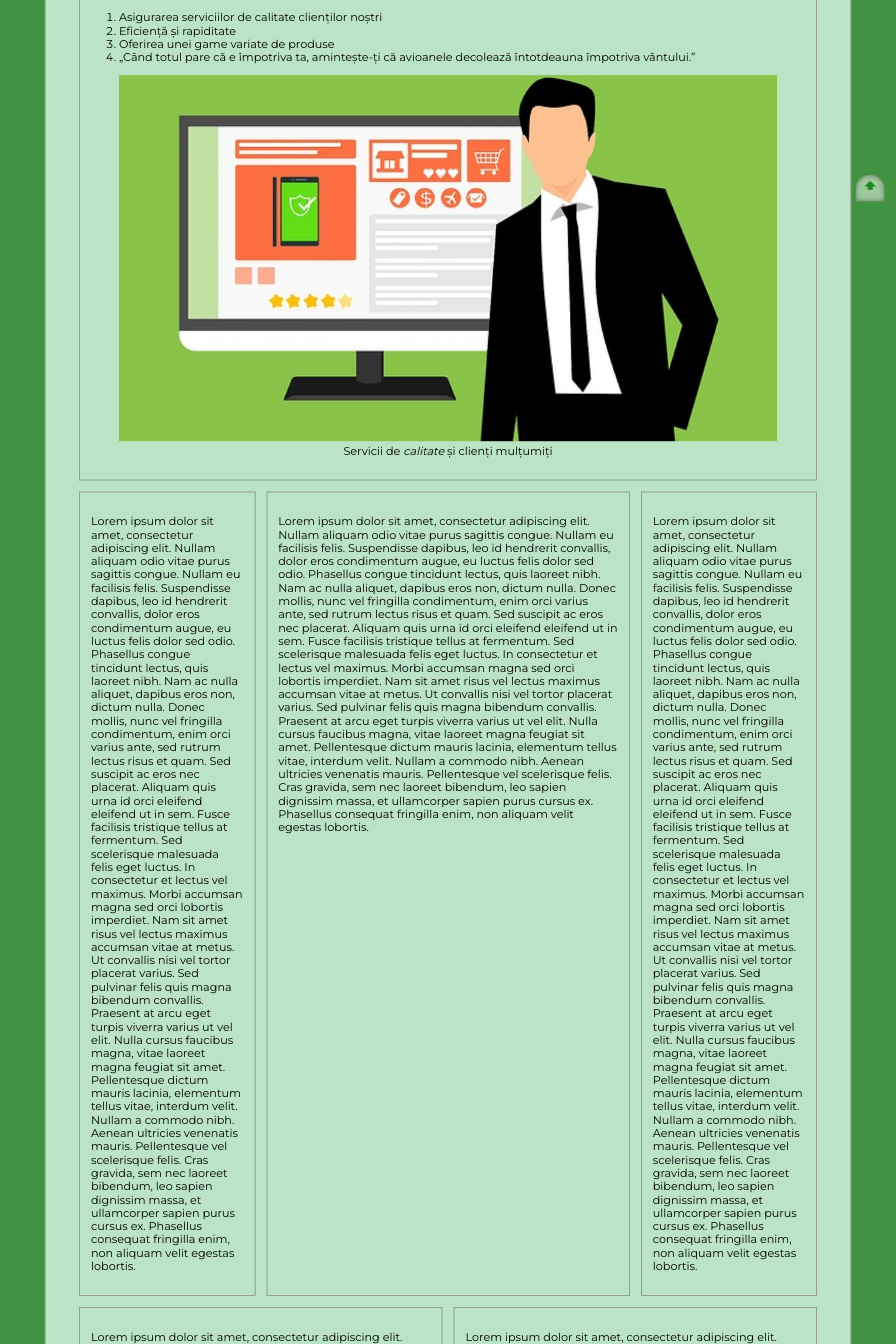
Repository: alexbanilean/Proiect-TW---ElectroHub
Page: index.html
These files come from the project's save history. The page is drawn as it stood at one moment and after the next save; the edit follows.
The browser window is 1280 px wide. The pictures show the part of the page from y = 415 to 2335 px (the page is 4578 px tall before and 4607 px after), at 70% of full size.

Above is the page before, as saved 2022-03-06 21:59:29.

After the next save:
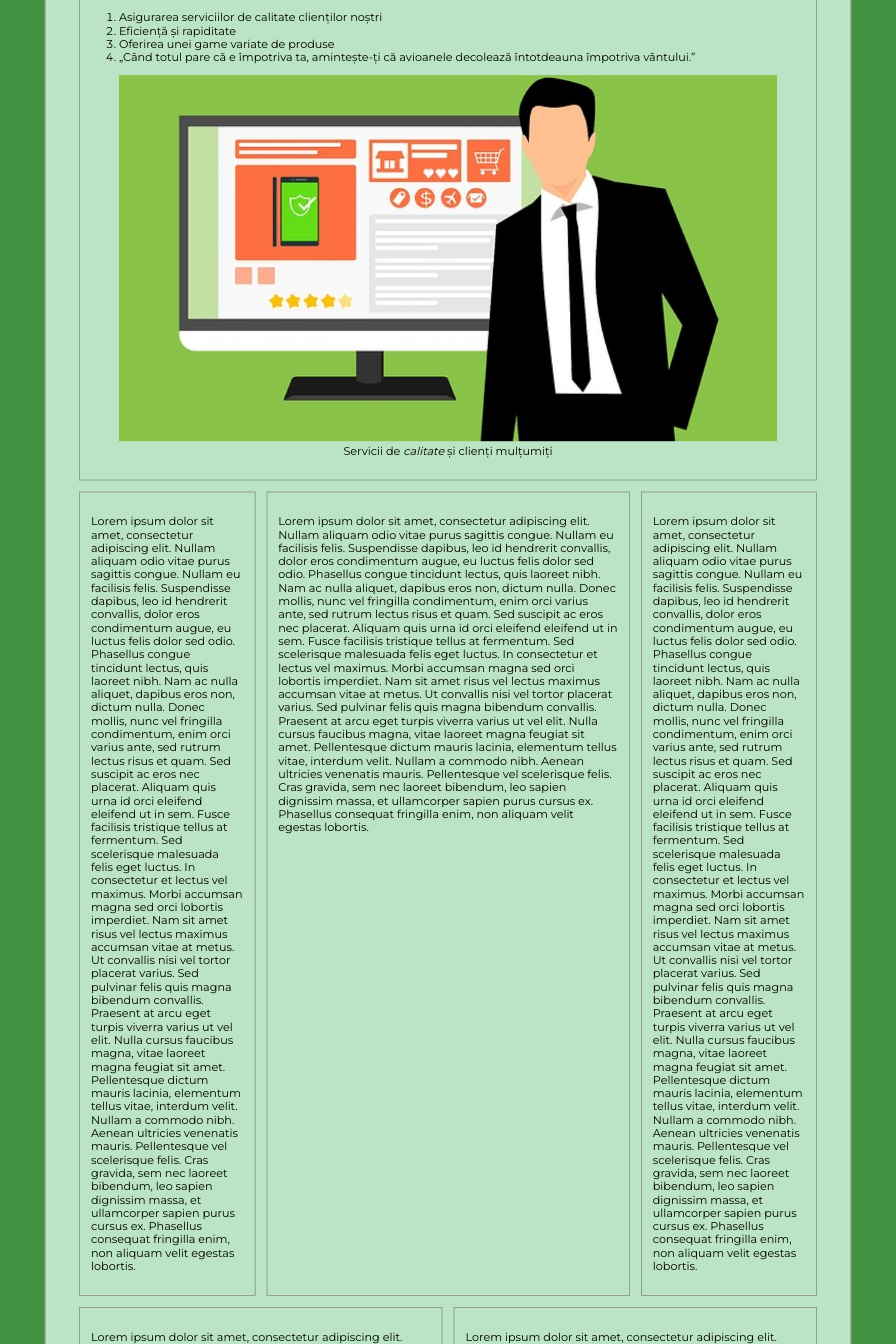
Saved 32 s later.
--- a/index.html
+++ b/index.html
@@ -204,7 +204,7 @@
             <address>
                 <a href="tel:+40712354678" class="apel">Sună la 0712354678</a>
                 <a href="https://www.google.com/maps/place/Faculty+of+Mathematics+and+Informatics+-+University+of+Bucharest/@44.4355355,26.0995867,15z/data=!4m5!3m4!1s0x0:0x493984726f0235f9!8m2!3d44.4355355!4d26.0995867" class="locatie">
-                    <i class="fa-solid fa-map-pin fa-bounce" font-weight:600 padding-right: 0.4rem></i>Locație sediu principal</a><br/>
+                    <i class="fa-solid fa-map-pin fa-bounce" style="font-weight:600 padding-right: 0.4rem></i>Locație sediu principal</a><br/>
                 <a href="mailto::clienti.electrohub@gmail.com" class="mail">Scrie un e-mail</a>
                 <a href="https://api.whatsapp.com/send?phone=40712354678" class="mesaj">Scrie un mesaj pe WhatsApp</a>
             </address>

After the save that followed:
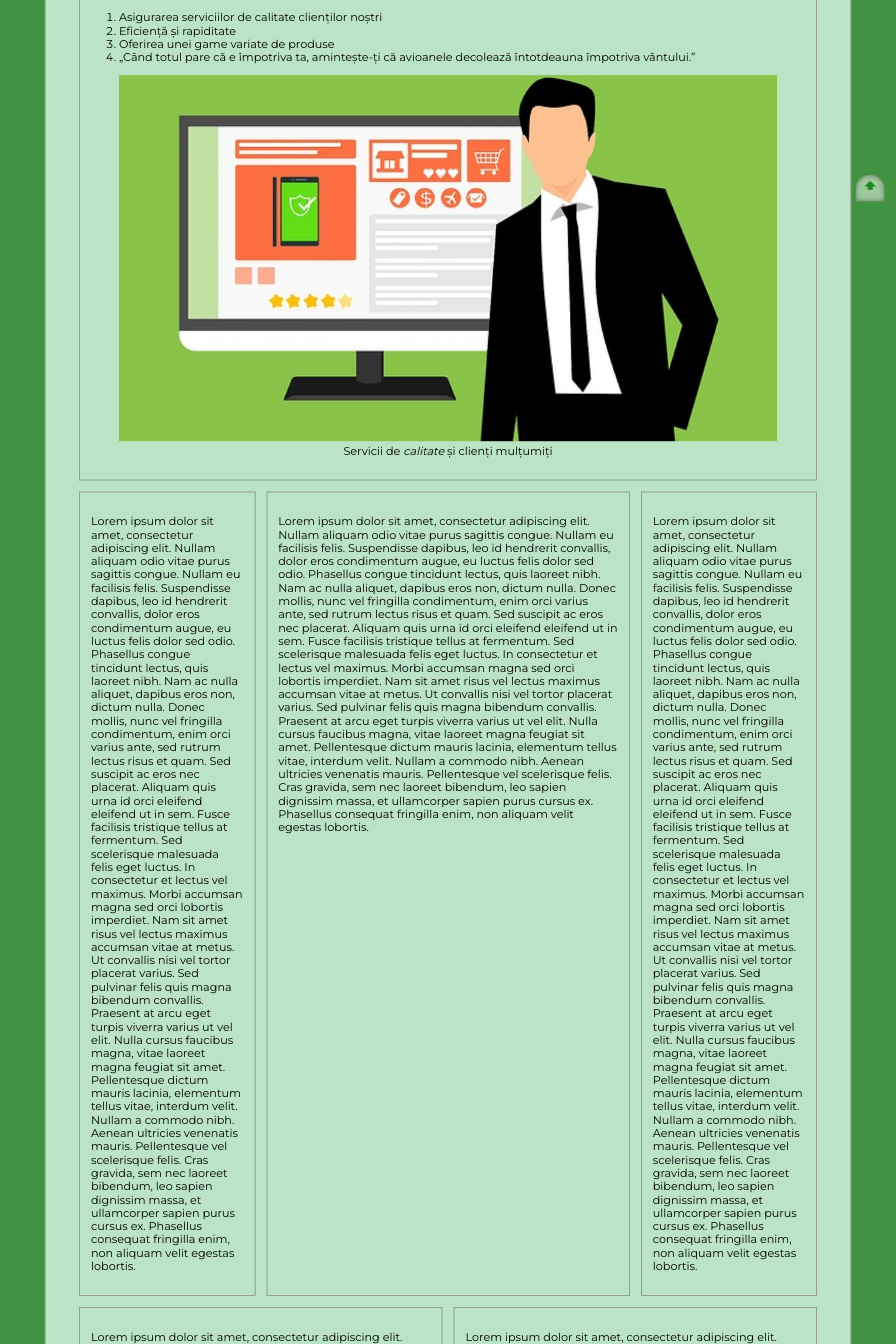
Saved 5 s later.
--- a/index.html
+++ b/index.html
@@ -204,7 +204,7 @@
             <address>
                 <a href="tel:+40712354678" class="apel">Sună la 0712354678</a>
                 <a href="https://www.google.com/maps/place/Faculty+of+Mathematics+and+Informatics+-+University+of+Bucharest/@44.4355355,26.0995867,15z/data=!4m5!3m4!1s0x0:0x493984726f0235f9!8m2!3d44.4355355!4d26.0995867" class="locatie">
-                    <i class="fa-solid fa-map-pin fa-bounce" style="font-weight:600 padding-right: 0.4rem></i>Locație sediu principal</a><br/>
+                    <i class="fa-solid fa-map-pin fa-bounce" style="font-weight:600 padding-right: 0.4rem"></i>Locație sediu principal</a><br/>
                 <a href="mailto::clienti.electrohub@gmail.com" class="mail">Scrie un e-mail</a>
                 <a href="https://api.whatsapp.com/send?phone=40712354678" class="mesaj">Scrie un mesaj pe WhatsApp</a>
             </address>
